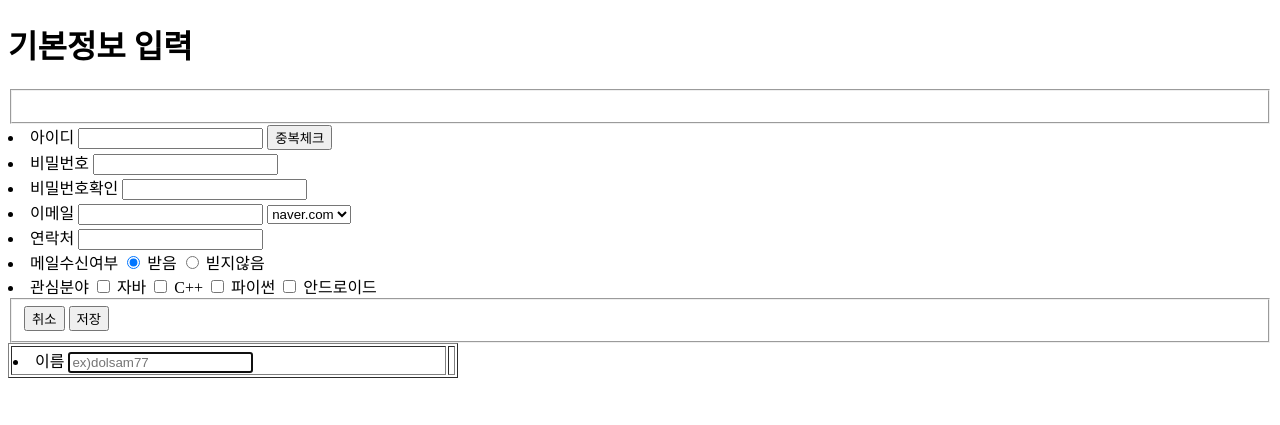
Repository: gus-123/Edu_KCC_HTML
Page: Html/WebContent/test/h_mission1.html
The author's editor kept a copy of each file at every save. The page is drawn from the files as they stood at one save, then again after the next save.
The browser window is 1280 px wide. The pictures show the whole page.

Above is the page before, as saved 2024-07-08 06:32:36.

After the next save:
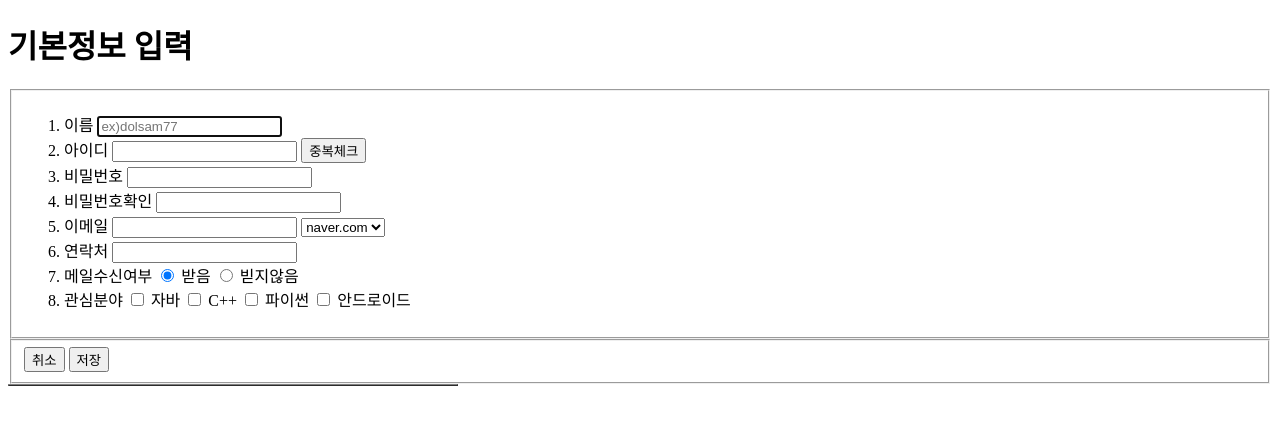
Saved 26 s later.
--- a/Html/WebContent/test/h_mission1.html
+++ b/Html/WebContent/test/h_mission1.html
@@ -10,14 +10,10 @@
 	<table width="450" border="1">
 		<fieldset>
 			<ol>
-			<tr>
-			<td>
 				<li>
 					<label for="name">이름</label>
 					<input type="text" name="Name" id="name" autofocus="autofocus" placeholder ="ex)dolsam77">
 				</li>
-				<td>
-			</tr>
 				<li>
 					<label for="id">아이디</label>
 					<input type="text" name="Id" id="id" autofocus="autofocus">
